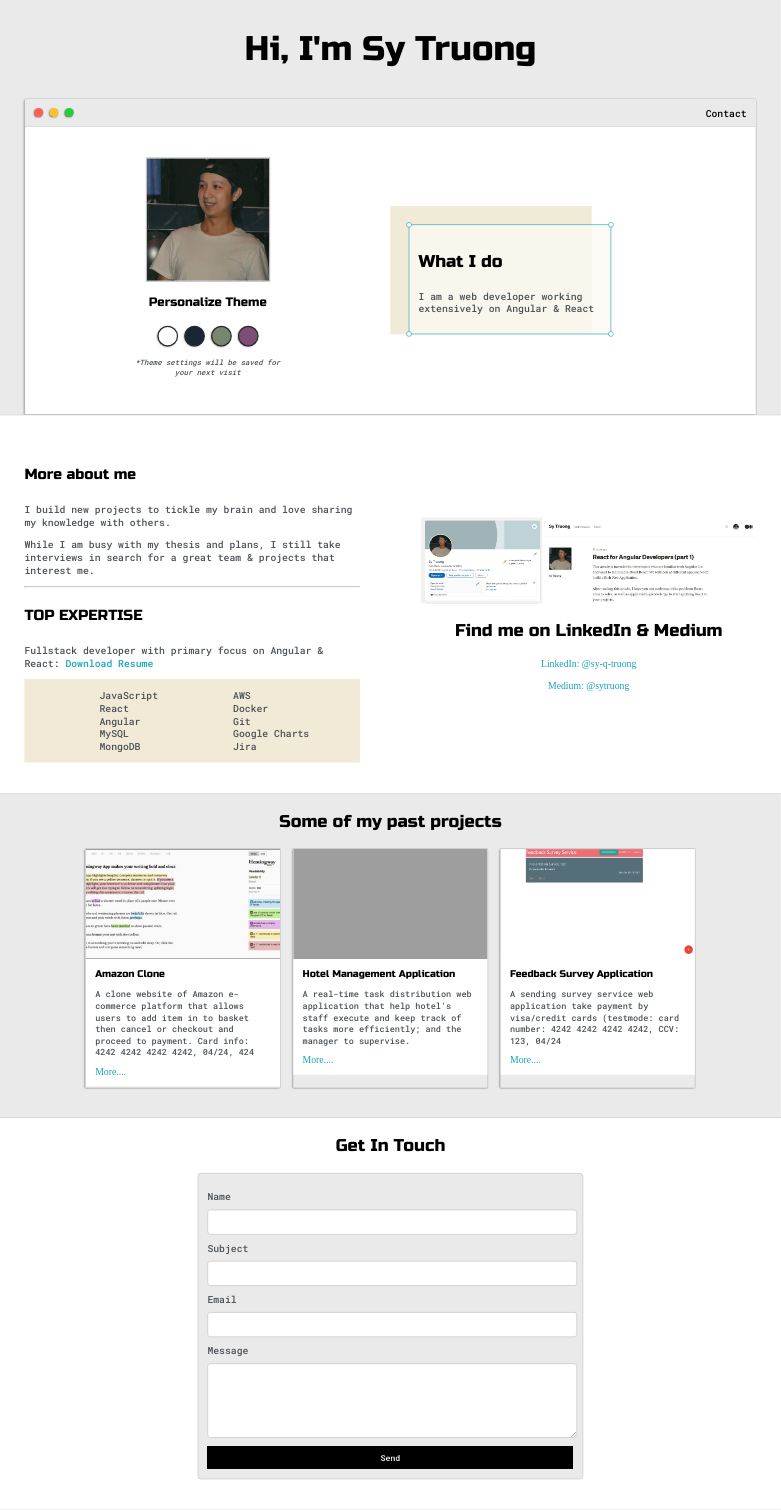
Repository: syytruong/porfolio
Page: index.html
An editor plug-in stored every save of this project. The page is shown before and after a run of saves, followed by the edit.
The browser window is 1280 px wide. The pictures show the whole page, at 61% of full size.
Pictures or frames that could not be fetched are drawn as grey boxes.

Above is the page before, as saved 2021-03-09 23:58:52.
Console error: ReferenceError: emailjs is not defined

### index.html
<!DOCTYPE html>
<html>
    <head>
        <title>Sy Truong</title>
        <meta name="viewport" content="width=device-width,
        initial-scale=1, maximum-scale=1, minimum-scale=1" />

        <link href="https://fonts.googleapis.com/css2?family=Russo+One&display=swap" rel="stylesheet">

        <link href="https://fonts.googleapis.com/css2?family=Roboto+Mono:wght@500&family=Russo+One&display=swap" rel="stylesheet">

        <link rel="stylesheet" type="text/css" href="default.css" >

        <link id="theme-style" rel="stylesheet" type="text/css" href="" >

    </head>
    <body>

        <section class="s1">
            <div class="main-container">
                <div class="greeting-wrapper">
                    <h1>Hi, I'm Sy Truong</h1>
                </div>

                <div class="intro-wrapper">
                    <div class="nav-wrapper">
                        <div class="dots-wrapper">
                            <div id="dot-1" class="browser-dot"></div>
                            <div id="dot-2" class="browser-dot"></div>
                            <div id="dot-3" class="browser-dot"></div>
                        </div>

                        <ul id="navigation">
                            <li><a href="#contact-form">Contact</a></li>
                        </ul>
                    </div>

                    <div class="left-column">
                        <img id="profile_pic" src="images/profile-pic.jpg">
                        <h5 style="text-align:center; line-height: 0;">Personalize Theme</h5>

                        <div id="theme-options-wrapper">
                            <div data-mode="light" id="light-mode" class="theme-dot"></div>
                            <div data-mode="blue" id="blue-mode" class="theme-dot"></div>
                            <div data-mode="green" id="green-mode" class="theme-dot"></div>
                            <div data-mode="purple" id="purple-mode" class="theme-dot"></div>
                        </div>

                        <p id="settings-note">*Theme settings will be saved for<br>your next visit</p>
                    </div>

                    <div class="right-column">

                        <div id="preview-shadow">
                            <div id="preview">
                                <div id="corner-tl" class="corner"></div>
                                <div id="corner-tr" class="corner"></div>
                                <h3>What I do</h3>
                                <p>I am a web developer working extensively on Angular & React</p>
                                <div id="corner-br" class="corner"></div>
                                <div id="corner-bl" class="corner"></div>
                            </div>
                        </div>
                    </div>

                </div>
            </div>
        </section>

        <section class="s2">
            <div class="main-container">
                <div class="about-wrapper">
                    <div class="about-me">
                        <h4>More about me</h4>

                        <p>I build new projects to tickle my brain
                        and love sharing my knowledge with others.</p>

                        <p>While I am busy with my thesis and plans, I still
                        take interviews in search for a great team & projects
                        that interest me.</p>

                        <hr>

                        <h4>TOP EXPERTISE</h4>

                        <p>Fullstack developer with primary focus on Angular &
                        React: <a target="_blank" href="Resume-SyTruong.pdf">Download
                        Resume</a></p>

                        <div id="skills">
                            <ul>
                                <li>JavaScript</li>
                                <li>React</li>
                                <li>Angular</li>
                                <li>MySQL</li>
                                <li>MongoDB</li>
                            </ul>

                            <ul>
                                <li>AWS</li>
                                <li>Docker</li>
                                <li>Git</li>
                                <li>Google Charts</li>
                                <li>Jira</li>
                            </ul>
                        </div>
                    </div>

                    <div class="social-links">
                        <img id="social_image" src="images/follows.jpg" >
                        <h3>Find me on LinkedIn & Medium</h3>

                        <a target="_blank" href="https://www.linkedin.com/in/sy-q-truong/">LinkedIn: @sy-q-truong</a>
                        <br>
                        <a target="_blank" href="https://sytruong.medium.com/">Medium: @sytruong</a>
                    </div>
                </div>
            </div>
        </section>

        <section class="s1">
            <div class="main-container">
                <h3 style="text-align: center;">Some of my past
                projects</h3>

                <div class="post-wrapper">

                    <div>
                        <div class="post">
                            <img class="thumbnail" src="images/intellinote.jpg">
                            <div class="post-preview">
                                <h6 class="post-title">Amazon Clone</h6>
                                <p class="post-intro">A clone website of Amazon e-commerce
									platform that allows users to add item in to basket then
									cancel or checkout and proceed to payment. Card info:
									4242 4242 4242 4242, 04/24, 424</p>
                                <a href="https://clone-a2517.web.app/">More....</a>
                            </div>
                        </div>
                    </div>

                    <div>
                        <div class="post">
                            <img class="thumbnail" src="images/hotel-management.png">
                            <div class="post-preview">
                                <h6 class="post-title">Hotel Management Application</h6>
                                <p class="post-intro">A real-time task distribution web
                                application that help hotel's staff execute and keep track
                                of tasks more efficiently; and the manager to supervise.</p>
                                <a href="https://github.com/syytruong/hotel-management-project">More....</a>
                            </div>
                        </div>
                    </div>

                    <div>
                        <div class="post">
                            <img class="thumbnail" src="images/survey-feedback.JPG">
                            <div class="post-preview">
                                <h6 class="post-title">Feedback Survey Application</h6>
                                <p class="post-intro">A sending survey service web application
                                take payment by visa/credit cards (testmode: card number: 4242
                                4242 4242 4242, CCV: 123, 04/24</p>
                                <a href="https://radiant-wave-47896.herokuapp.com/surveys#">More....</a>
                            </div>
                        </div>
                    </div>

                </div>
            </div>
        </section>

        <section class="s2">
            <div class="main-container">
                <h3 style="text-align: center;">Get In Touch</h3>

                <form id="contact-form" method="post">
                    <label>Name</label>
                    <input class="input-field" type="text" name="name">

                    <label>Subject</label>
                    <input class="input-field" type="text" name="subject">

                    <label>Email</label>
                    <input class="input-field" type="text" name="email">

                    <label>Message</label>
                    <textarea class="input-field" name="message"></textarea>

                    <input id="submit-btn" type="submit" value="Send">
                    <div class="loader"></div>
                </form>

            </div>
        </section>

        <script type="text/javascript" src="https://cdn.jsdelivr.net/npm/emailjs-com@2/dist/email.min.js"></script>
        <script type="text/javascript">
            (function() {
                emailjs.init('user_Lo0f3AfhSxMuhWhPZ4k4G');
            })();
        </script>
        <script type="text/javascript" src="script.js"></script>

    </body>
</html>

### default.css
:root {
    --mainColor: #eaeaea;
    --secondaryColor: #fff;

    --borderColor: #c1c1c1;

    --mainText: black;
    --secondaryText: #4b5156;

    --themeDotBorder: #24292e;

    --previewBg: rgb(251, 249, 243, 0.8);
    --previewShadow: #f0ead6;

    --btnColor: black;
    --btnBorderColor: #000;
}

html {
    scroll-behavior: smooth;
}

html, body {
    padding: 0;
    margin: 0;
}

body * {
    transition: 0.3s;
}

h1, h2, h3, h4, h5, h6, strong {
    color: var(--mainText);
    font-family: 'Russo One', sans-serif;
    font-weight: 500;
}

p, li, span, label, input, textarea {
    color: var(--secondaryText);
    font-family: 'Roboto Mono', monospace;
}

a {
    text-decoration: none;
    color: #17a2b8;
}

ul {
    list-style: none;
}

h1 { font-size: 56px;}
h2 { font-size: 36px;}
h3 { font-size: 28px;}
h4 { font-size: 24px;}
h5 { font-size: 20px;}
h6 { font-size: 16px;}

.s1 {
    background-color: var(--mainColor);
    border-bottom: 1px solid var(--borderColor);
    overflow: auto;
}

.s2 {
    background-color: var(--secondaryColor);
    border-bottom: 1px solid var(--borderColor);
    overflow: auto;
}

.main-container {
    width: 1200px;
    margin: 0 auto;
}

.greeting-wrapper {
    display: grid;
    text-align: center;
    align-content: center;
    min-height: 10em;
}

.intro-wrapper {
    background-color: var(--secondaryColor);
    border: 1px solid var(--borderColor);
    border-radius: 5px 5px 0 0;

    -webkit-box-shadow: -1px 1px 3px -1px rgba(0,0,0,0.75);
    -moz-box-shadow: -1px 1px 3px -1px rgba(0,0,0,0.75);
    box-shadow: -1px 1px 3px -1px rgba(0,0,0,0.75);

    display: grid;
    grid-template-columns: 1fr 1fr;
    grid-template-areas:
        'nav-wrapper nav-wrapper'
        'left-column right-column'
    ;
}

.nav-wrapper {
    grid-area: nav-wrapper;
    border-bottom: 1px solid var(--borderColor);
    border-radius: 5px 5px 0 0;
    display: flex;
    justify-content: space-between;
    align-items: center;
    background-color: var(--mainColor);
}

#navigation a {
    color: var(--mainText);
}

#navigation {
    margin: 0;
    padding: 10px;
}

#navigation li {
    display: inline-block;
    margin-right: 5px;
    margin-left: 5px;
}

.dots-wrapper {
    display: flex;
    padding: 10px;
}

#dot-1 {
    background-color: #fc6058;
}

#dot-2 {
    background-color: #FEC02F;
}

#dot-3 {
    background-color: #2ACA3E;
}

.browser-dot {
    background-color: black;
    height: 15px;
    width: 15px;
    border-radius: 50%;
    margin: 5px;

    -webkit-box-shadow: -1px 1px 3px -1px rgba(0,0,0,0.75);
    -moz-box-shadow: -1px 1px 3px -1px rgba(0,0,0,0.75);
    box-shadow: -1px 1px 3px -1px rgba(0,0,0,0.75);
}

.left-column {
    grid-area: left-column;
    padding-top: 50px;
    padding-bottom: 50px;
}

#profile_pic {
    display: block;
    margin: 0 auto;

    height: 200px;
    width: 200px;
    object-fit: cover;
    border: 2px solid var(--borderColor);
}

#theme-options-wrapper {
    display: flex;
    justify-content: center;
}

.theme-dot {
    height: 30px;
    width: 30px;
    border-radius: 50%;

    margin: 5px;
    border: 2px solid var(--themeDotBorder);

    -webkit-box-shadow: -1px 1px 3px -1px rgba(0,0,0,0.75);
    -moz-box-shadow: -1px 1px 3px -1px rgba(0,0,0,0.75);
    box-shadow: -1px 1px 3px -1px rgba(0,0,0,0.75);

    cursor: pointer;
}

.theme-dot:hover {
    border-width: 5px;
}

#light-mode {
    background-color: #fff;
}

#blue-mode {
    background-color: #192734;
}

#green-mode {
    background-color: #78866b;
}

#purple-mode {
    background-color: #7E4C74;
}

#settings-note {
    font-size: 12px;
    font-style: italic;
    text-align: center;
}

.right-column {
    grid-area: right-column;
    display: grid;
    align-content: center;

    padding-top: 50px;
    padding-bottom: 50px;
}

#preview-shadow {
    background-color: var(--previewShadow);
    width: 300px;
    height: 180px;
    padding-left: 30px;
    padding-top: 30px;
}

#preview {
    width: 300px;
    border: 1.5px solid #17a2b8;
    background-color: var(--previewBg);
    padding: 15px;
    position: relative;
}

.corner {
    width: 7px;
    height: 7px;
    border-radius: 50%;
    border: 1.5px solid #17a2b8;
    background-color: #fff;
    position: absolute;
}

#corner-tl {
    top: -5px;
    left: -5px;
}

#corner-tr {
    top: -5px;
    right: -5px;
}

#corner-br {
    bottom: -5px;
    right: -5px;
}

#corner-bl {
    bottom: -5px;
    left: -5px;
}

.about-wrapper {
    display: grid;
    grid-template-columns: repeat(auto-fit, minmax(320px, 1fr));
    padding-bottom: 50px;
    padding-top: 50px;
    gap: 100px;
}

#skills {
    display: flex;
    justify-content: space-evenly;
    background-color: var(--previewShadow);
}

.social-links {
    display: grid;
    align-content: center;
    text-align: center;
}

#social_image {
    width: 100%;
}

.post-wrapper {
    display: grid;
    grid-template-columns: repeat(auto-fit, 320px);
    gap: 20px;
    justify-content: center;
    padding-bottom: 50px;
}

.post {
    border: 1px solid var(--borderColor);
    -webkit-box-shadow: -1px 1px 3px -1px rgba(0,0,0,0.75);
    -moz-box-shadow: -1px 1px 3px -1px rgba(0,0,0,0.75);
    box-shadow: -1px 1px 3px -1px rgba(0,0,0,0.75);
    height: 100%;
}

.thumbnail {
    display: block;
    width: 100%;
    height: 180px;
    object-fit: cover;
}

.post-preview {
    background-color: #fff;
    padding: 15px;
}

.post-title {
    color: black;
    margin: 0;
}

.post-intro {
    color: #4b5156;
    font-size: 14px;
}

#contact-form {
    display: block;
    max-width: 600px;
    margin: 0 auto;
    border: 1px solid var(--borderColor);
    padding: 15px;
    border-radius: 5px;
    background-color: var(--mainColor);
    margin-bottom: 50px;
}

#contact-form label {
    line-height: 2.7em;
}

#contact-form textarea {
    min-height: 100px;
    font-size: 14px;
}

input[type='submit'] {
    border: 0;
}

.input-field {
    width: 100%;
    padding-top: 10px;
    padding-bottom: 10px;
    background-color: var(--secondaryColor);
    border-radius: 5px;
    border: 1px solid var(--borderColor);
    font-size: 14px;
}

#submit-btn {
    margin-top: 10px;
    width: 100%;
    padding-top: 10px;
    padding-bottom: 10px;
    color: #fff;
    background-color: var(--btnColor);
    border: 0;
    cursor: pointer;
    will-change: transform;
	transition: all .2s ease;
}

#submit-btn:hover {
    border-width: 5px;
    border: solid #fff;
}

#submit-btn:active {
    font-size: 15px;
	transform: translateY(1px);
}

#submit-btn:focus {
    border: 0 !important;
}

.active {
    width: 100px !important;
    height: 50px !important;
    font-size: 0;
    border: 0;
	border-radius: 25px;
	width: 50px;
	background: transparent;
}

.loader {
    display: none;
    border: 5px solid #f3f3f3 !important;
    border-radius: 50% !important;
    border-top: 5px solid var(--btnColor) !important;
    width: 50px !important;
    height: 50px;
    outline: none im !important;
    margin-left: calc(50% - 15px) !important;
    background-color: #fff !important;
    -webkit-animation: spin 1s linear infinite;
    animation: spin 1s linear infinite;
}

.loader:hover {
    border: 0;
}

.success {
    background: #4BB543 !important;
	border-color: 0 !important;
	font-size: 14px;
	color: #fff;
}

.success:hover {
    border: 0;
}

@-webkit-keyframes spin {
    0% { -webkit-transform: rotate(0deg); }
    100% { -webkit-transform: rotate(360deg); }
}


@keyframes spin {
    0% {
        transform: rotateZ(0);
   }
    100% {
        transform: rotateZ(360deg);
   }
}


@media screen and (max-width: 1200px) {
    .main-container {
        width: 95%;
    }
}

@media screen and (max-width: 800px) {
    .intro-wrapper {

        grid-template-columns: 1fr;
        grid-template-areas:
            'nav-wrapper'
            'left-column'
            'right-column'
        ;
    }

    .right-column {
        justify-content: center;
    }
}

### script.js
let theme = localStorage.getItem('theme');

theme == null ? setTheme('light') : setTheme(theme);

let themeDots = document.getElementsByClassName('theme-dot');

for (var i = 0; themeDots.length > i; i++) {
    themeDots[i].addEventListener('click', function(){
        let mode = this.dataset.mode;
        setTheme(mode);
    })
}

function setTheme(mode) {
    switch (mode) {
        case 'light':
            document.getElementById('theme-style').href = 'default.css';
            break;
        case 'blue':
            document.getElementById('theme-style').href = 'blue.css';
            break;
        case 'green':
            document.getElementById('theme-style').href = 'green.css';
            break;
        case 'purple':
            document.getElementById('theme-style').href = 'purple.css';
            break;
    }

    localStorage.setItem('theme', mode);
}

window.onload = function() {
    document.getElementById('contact-form').addEventListener('submit', function(event) {
        event.preventDefault();

        emailjs.sendForm('service_458rago', 'template_fnagptr', '#contact-form')
            .then(function() {
                sendSuccess();
            }, function(error) {
                alert('Cannot send email. Error: ', error);
            });
    });

    function sendSuccess() {
        let submitBtn = document.querySelector('#submit-btn');
        if (submitBtn.classList.contains('active') || submitBtn.classList.contains('success')) {
            return false;
        }

        submitBtn.classList.add('active');
        setTimeout(() => {
			document.querySelector('.loader').style.display = "block";
            document.querySelector('#submit-btn').style.display = "none";
		}, 125);
        setTimeout(() => {
			document.querySelector('.loader').style.display = "none";
            document.querySelector('#submit-btn').style.display = "";
            submitBtn.classList.remove('active');
			submitBtn.value = "Success!";
			submitBtn.classList.add("success");
		}, 1800);
        setTimeout(() => {
			submitBtn.value = "Send";
			submitBtn.classList.remove("success");
			submitBtn.blur();
		}, 3000);
    }

}

After the next 3 saves:
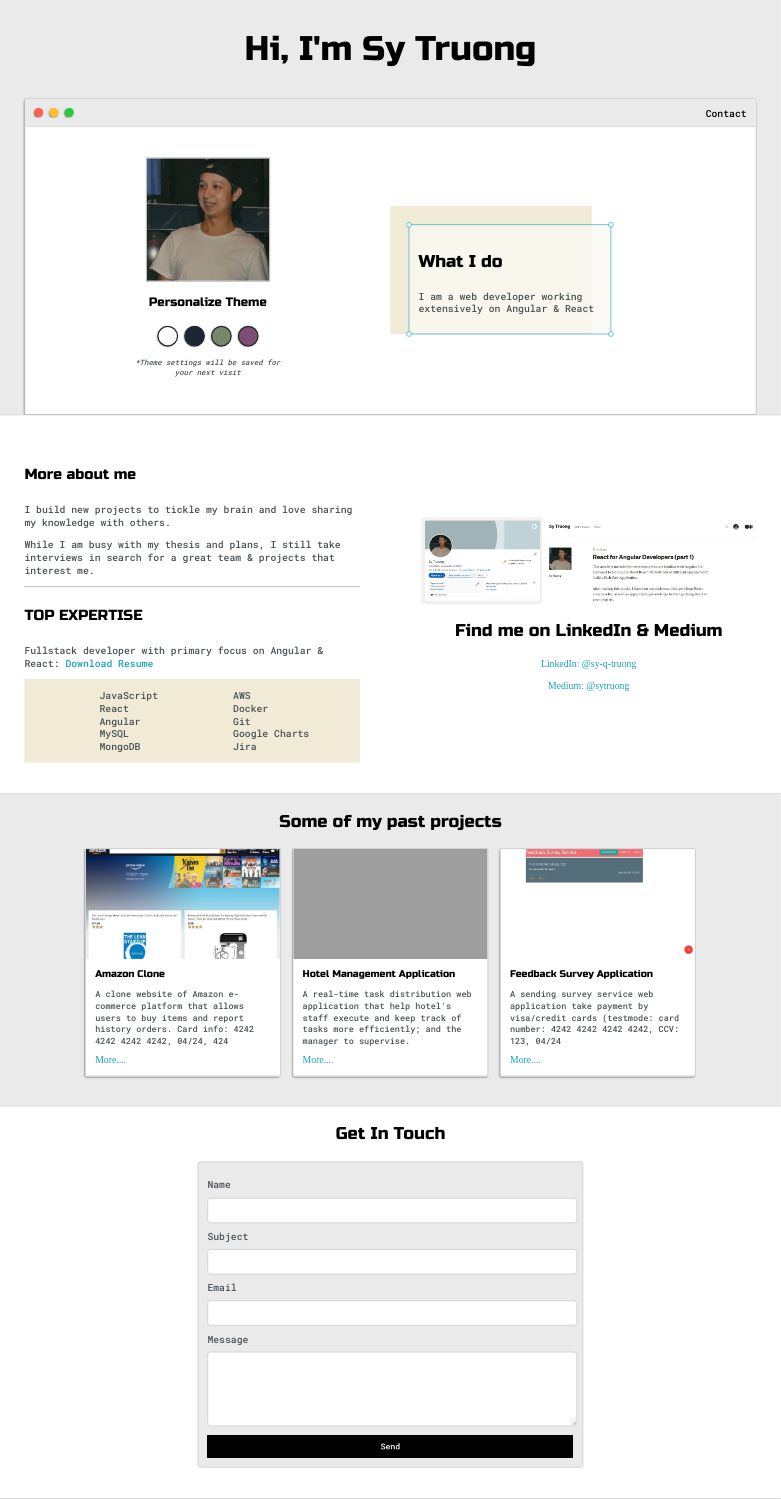
The 3 saves are shown as one change because they came seconds apart.
The last was saved 7 min 25 s later.
--- a/index.html
+++ b/index.html
@@ -128,14 +128,13 @@
 
                     <div>
                         <div class="post">
-                            <img class="thumbnail" src="images/intellinote.jpg">
+                            <img class="thumbnail" src="images/amazon-clone.JPG">
                             <div class="post-preview">
                                 <h6 class="post-title">Amazon Clone</h6>
                                 <p class="post-intro">A clone website of Amazon e-commerce
-									platform that allows users to add item in to basket then
-									cancel or checkout and proceed to payment. Card info:
-									4242 4242 4242 4242, 04/24, 424</p>
-                                <a href="https://clone-a2517.web.app/">More....</a>
+									platform that allows users to buy items and report
+									history orders. Card info: 4242 4242 4242 4242, 04/24, 424</p>
+                                <a target="_blank" href="https://clone-a2517.web.app/">More....</a>
                             </div>
                         </div>
                     </div>
